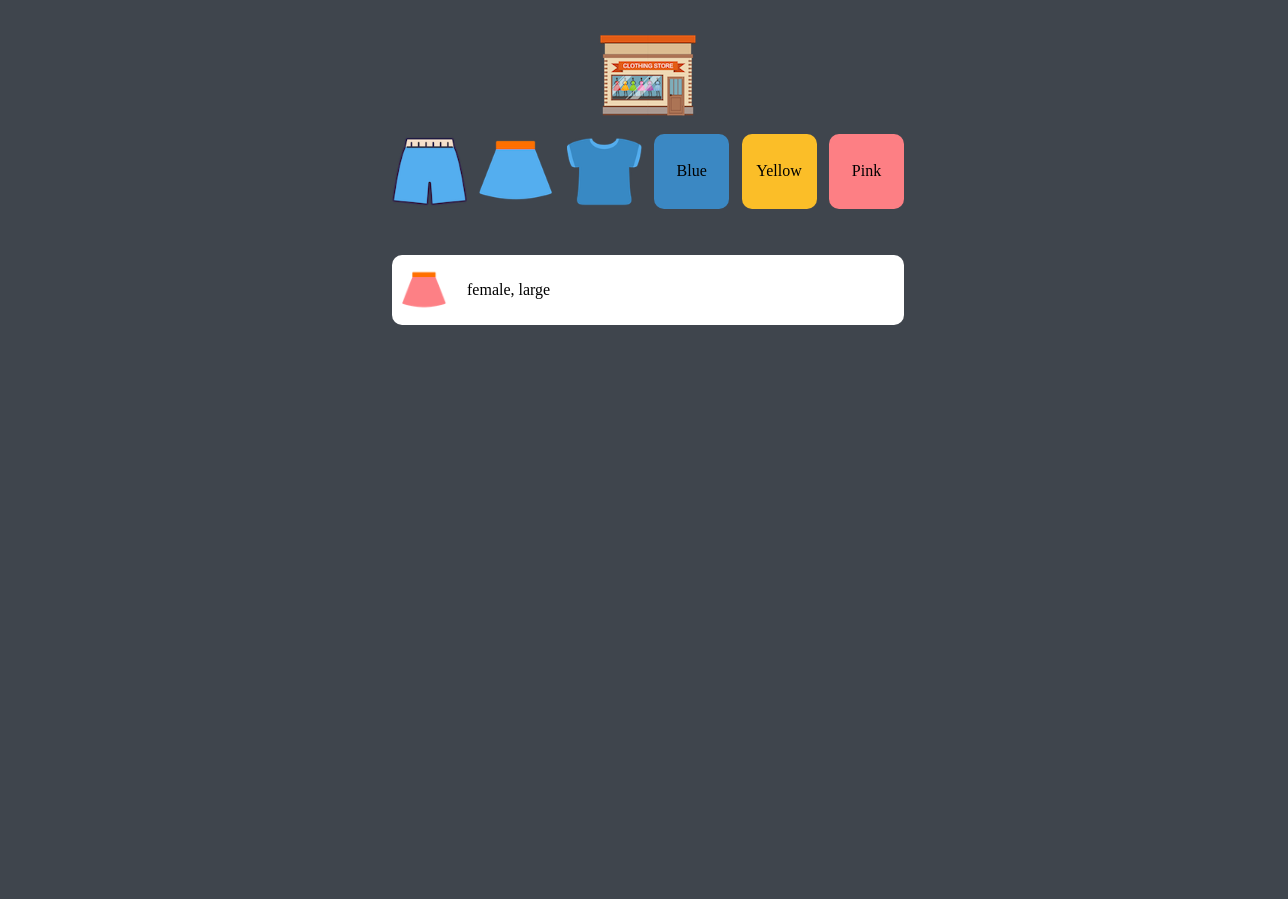
Repository: Jay-JYKim91/elle-shopping-mall
Page: index.html
An editor plug-in stored every save of this project. The page is shown before and after the next save, followed by the edit.
The browser window is 1280 px wide. The page is 1288 px wide, so the pictures cover 1288 px, including what lies to the right of the window. The pictures show the whole page.
An inner scrolling area shows only its first screen.

Above is the page before, as saved 2021-07-26 20:06:49.

After the next save:
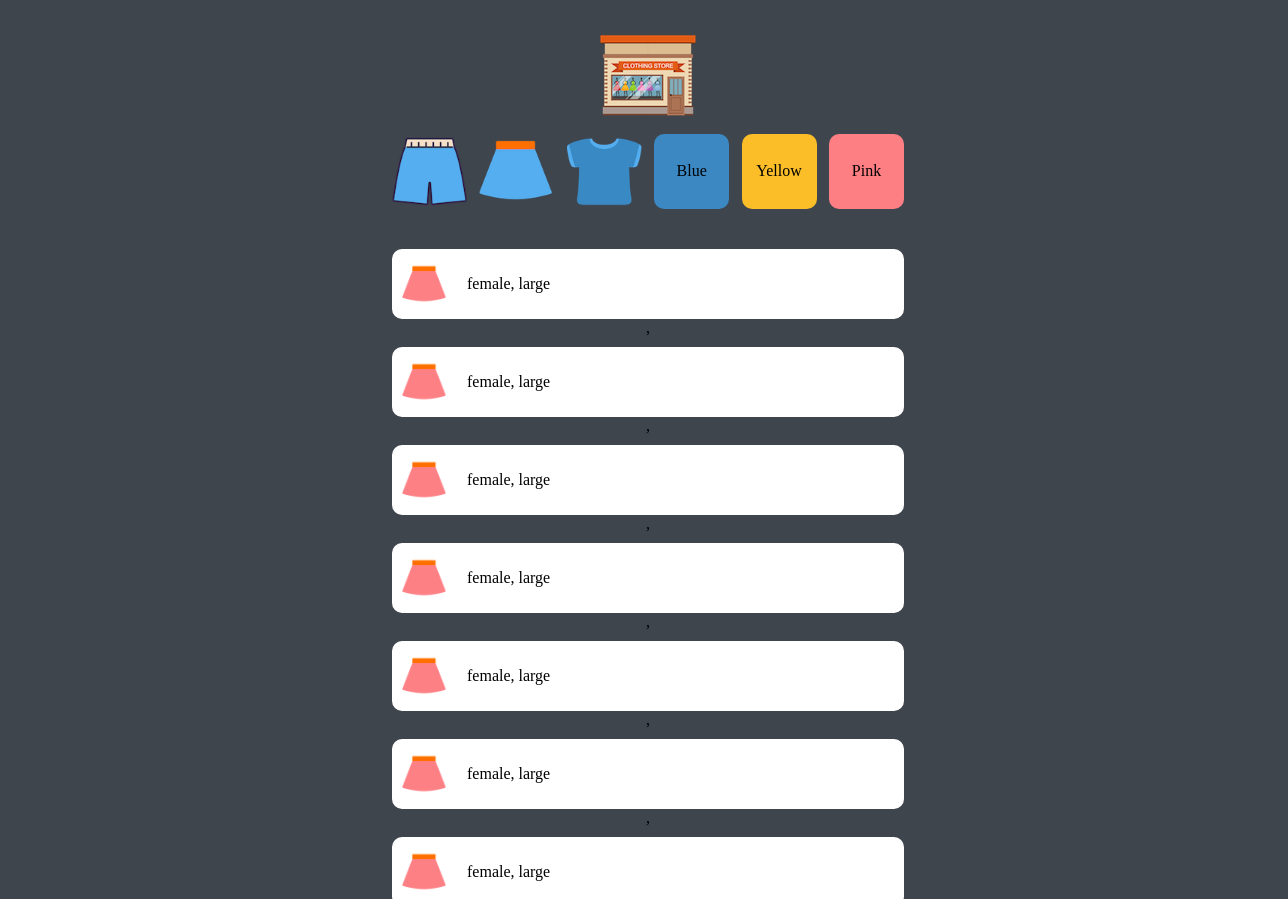
Saved 39 s later.
--- a/src/main.js
+++ b/src/main.js
@@ -8,7 +8,16 @@ function displayItems(items) {
     const lists = document.querySelector('.lists');
     lists.innerHTML = items.map(item => createHTMLString(item));
 }
-
+function createHTMLString(item) {
+    return `
+        <li class="list">
+        <img src="./img/pink_s.png" alt="">
+        <div class="description">
+        <p>female, large</p>
+        </div>
+        </li>
+    `
+}
 loadItems()
 .then(items => {
     displayItems(items);
